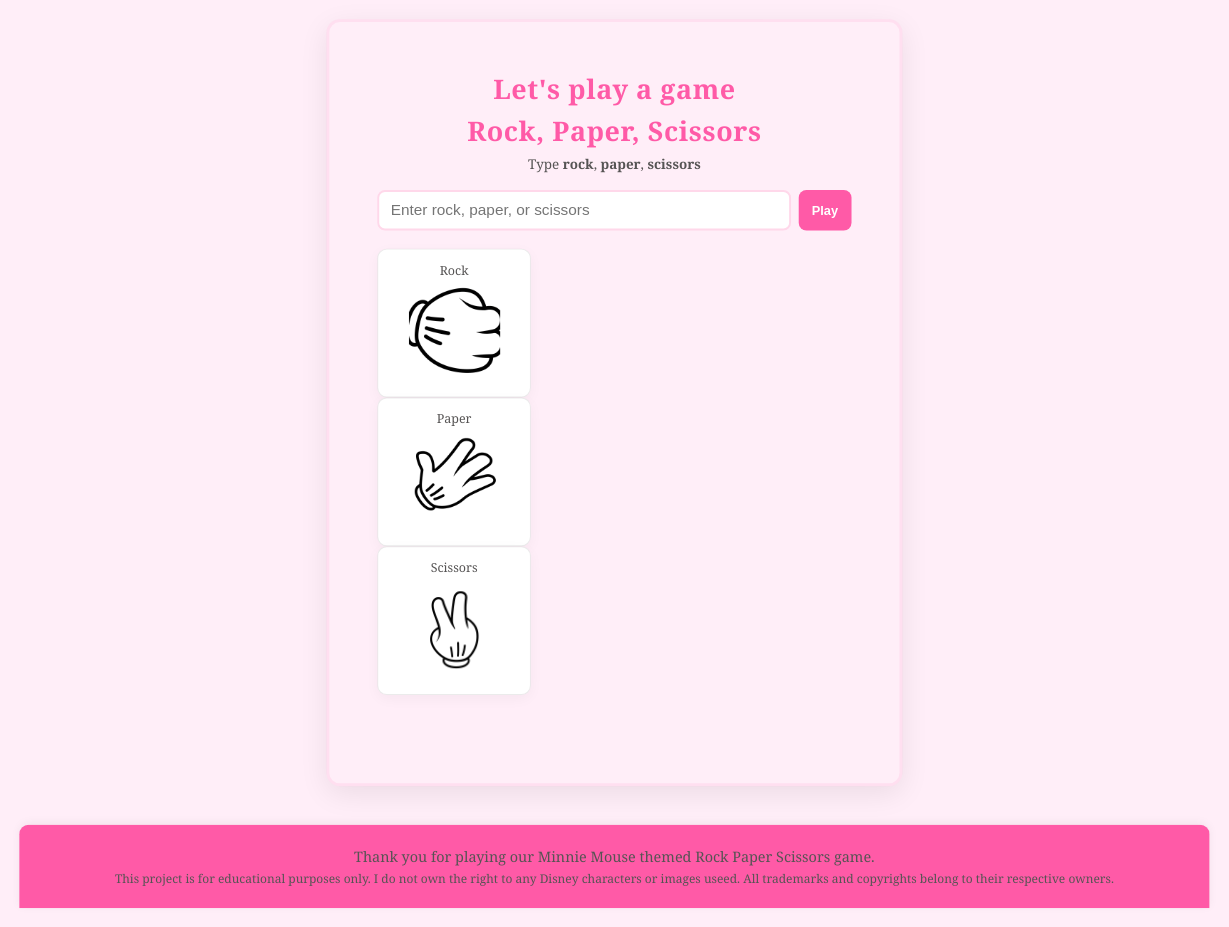
Repository: brittanyramirez/RPS-Game
Page: rps.html
These files come from the project's save history. The page is drawn as it stood at one moment and after a run of saves; the edit follows.
The browser window is 1280 px wide. The pictures show the whole page, at 96% of full size.

Above is the page before, as saved 2025-11-14 18:37:59.

### rps.html
<!DOCTYPE html>
<html lang="en">
<head>
    <meta charset="UTF-8">
    <meta name="viewport" content="width=device-width, initial-scale=1.0">
    <link rel="stylesheet" href="rps.css">
    <title>Rock Paper Scissor Game</title>

</head>
<body>
    <!-- This is the main container that holds the whole game-->
    <div class="page-center">
        <div class="container">

         <h1 class="title">Let's play a game</h1>
         <h2 class="title">Rock, Paper, Scissors</h2>

         <!--instructions-->
         <p class="subtitle"> Type <strong>rock</strong>, <strong>paper</strong>, <strong>scissors</strong></p>

         <!-- this is the input box-->
         <div class="input-row">
            <input id="userInput" type="text" placeholder="Enter rock, paper, or scissors" autocomplete="off">
            <button id="playBtn"> Play</button>
    </div>
  <!-- animation section-->
   <h3 class="section-title"></h3>

        <!--rock image-->
        <div class="choice-block">
            <div class="label">Rock</div>
            <img id="rock" class="choice-img" src="images/rockmickey.png" alt="rock">
        </div>

        <!--paper image-->
     <div class="choice-block">
            <div class="label">Paper</div>
            <img id="paper" class="choice-img" src="images/paperminnie.png" alt="paper">
    </div>

        <!--scissors image-->
        <div class="choice-block">
            <div class="label">Scissors</div>
            <img id="scissors" class="choice-img" src="images/scissorsminnie.png" alt="scissors">
        </div>

    </div> <!--end of display row-->

</div>  <!--end of container-->
</div> <!--end of page-center-->
<script src="rps.js"></script>

     <footer class="site-footer">
Thank you for playing our Minnie Mouse themed Rock Paper Scissors game. <br> <small>
    This project is for educational purposes only. I do not own the right to any Disney characters or images useed. All trademarks and copyrights belong to their respective owners.
</small>
</footer>
    </body>

</html>

### rps.css
:root{
    --bg: #fff6fb;
    --card: #ffeef8;
    --accent: #ff5aa7;
    --text: #222;
    --muted: #565454;
}
*{box-sizing:border-box}
/* asterisk= universal selector ; applying this to every element on the entire page---- changes how width and height are calculated for all elements. Prevents from elements from accidentally growing bigger
*/

body{
    margin: 0;
    font-family: Cambria, Cochin, Georgia, Times, 'Times New Roman', serif;
    background: var(--card);
    color:var(--text);
    display: block;
    min-height: 100vh;
    padding: 20px;
}

.page-center{
    display: flex;
    justify-content: center;
    width: 100%;
}
.container{
    width: 600px;
    max-width: 90%;
    background: var(--card);
    border-radius: 14px;
    padding: 50px;
    box-shadow: 0 8px 30px rgba(0,0,0,0.08);
    text-align: center;
    border: 3px solid rgba(255,90,167,0.1);
}
.title{
    margin: 0 0 6px;
    font-size: 28px;
    letter-spacing: 0.6px;
    color:var(--accent);
}

.subtitle{
    margin: 0 0 18px;
    color:var(--muted);
    font-size:14px;
}

.input-row{
    display:flex;
    gap:8px;
    justify-content: center;
    margin-bottom:18px;
}

input#userInput{
    flex:1;
    padding: 10px 12px;
    font-size:16px;
    border-radius: 8px;
    border: 2px solid #ffd8ea;
    outline:none;
    background: #fff;
}

button#playBtn{
    padding: 10px 14px;
    border-radius: 8px;
    background:var(--accent);
    color:white;
    font-weight: 600;
    border:none;
    cursor: pointer;
}

.display{
    display: flex;
    gap:18px;
    justify-content: center;
    margin-top:8px;
    flex-wrap: wrap;
}

.choice-block{
    width:160px;
    background:white;
    border-radius: 10px;
    padding: 12px;
    border: 1px solid rgba(0,0,0,0.08);
    box-shadow: 0 4px 14px rgba(0,0,0,0.04);
}

.label{
    font-size: 13px;
    color:var(--muted);
    margin-bottom: 8px;
}

.choice-img{
    width: 95px;
    height: 95px;
    object-fit: contain;
    display:block;
    margin: 0 auto 8px;
}

.choice-text{
    min-height: 20px;
    font-weight: 700;
    color:var(--text);
    font-size: 16px;
}

.hidden{
    display:none
}

.result{
    margin-top: 16px;
    font-size: 20px;
    font-weight: 700;
    color:var(--accent);
    min-height: 26px;
}

.site-footer {
    text-align: center;
    padding: 20px 0;
    font-size: 15px;
    color: var(--muted);
    background-color: #ff5aa7;
    border-top: 2px solid rgba(255,90,167,0.1);
    margin-top: 40px;
    width: 100%;
    border-radius: 10px 10px 0 0;
    box-shadow: 0 -2px 10px rgba(0,0,0,0.05);
    line-height: 1.5;
}

@keyframes shake{
    0% {transform: translateX(0); }
    25% {transform: translateX(-10px); }
    50% {transform: translateX(-10px); }
    75% {transform: translateX(-10px); }
    100% {transform: translateX(0); }
}
.shake{
    animation: shake 0.4s ease-in-out 3;
}

### rps.js
// these are the only valid inputs the user can type
const validChoices =["rock","paper", "scissors"];


const images = {
    rock: "rockmickey.png",
    paper: "paperminnie.png",
    scissors: "scissorsminnie.png"
};

//grabs input and button elements from html
const userInput = document.getElementById("userInput");
const playBtn = document.getElementById("playBtn");

// this will display the result text in the html
const resultDiv = document.createElement("div");
resultDiv.id = "result";
resultDiv.className = "result";
document.querySelector(".container").appendChild(resultDiv);



//function: randomly pick rock, paper, or scissors for the computer
function getComputerChoice() {
    const i = Math.floor(Math.random() * 3);
    return validChoices[i];
}

//function: compare choices and return the winner message
function decideWinner(user, computer){
    if (user === computer) return "It's a tie 🤷🏻‍♀️";
    if(
        (user === "rock" && computer === "scissors") ||
        (user === "paper" && computer === "rock") ||
        (user === "scissors" && computer === "paper")
    ) {
         return "You win!🎉";
    }
    return "Computer wins❌💻";
}

//main game function (runs when user clicks play)
function PlayGame(){
    //gets usere input
    const raw = userInput.value.trim().toLowerCase();

    //validate the input
    if (!validChoices.includes(raw)) {
        resultDiv.textContent = "❌Please enter rock, paper, or scissors.";
        return;
    }

    //choices
    const userChoice = raw;
    const computerChoice = getComputerChoice();

    //decide winner
    const result = decideWinner(userChoice, computerChoice);

    //display result

    resultDiv.textContent =
    `You chose: ${userChoice}| Computer chose: ${computerChoice}→${result}`;
}

//click button → play game
playBtn.addEventListener("click", PlayGame);

//press enter → play game
userInput.addEventListener("keydown", function (e){
    if (e.key === "Enter") PlayGame();
});

After the next 2 saves:
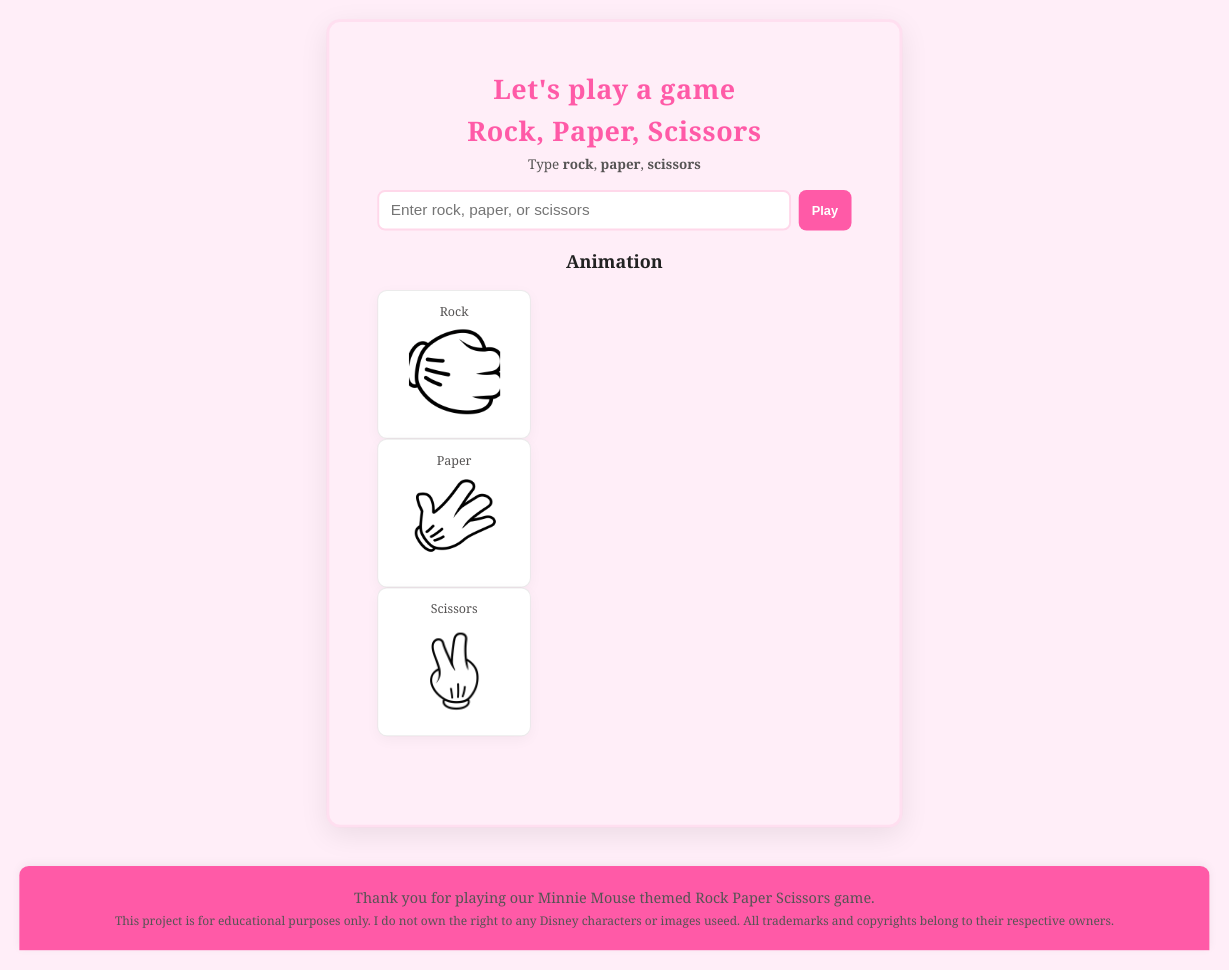
The 2 saves are shown as one change because they came seconds apart.
The last was saved 11 s later.
--- a/rps.html
+++ b/rps.html
@@ -24,7 +24,8 @@
             <button id="playBtn"> Play</button>
     </div>
   <!-- animation section-->
-   <h3 class="section-title"></h3>
+   <h3 class="section-title">Animation</h3>
+
 
         <!--rock image-->
         <div class="choice-block">
